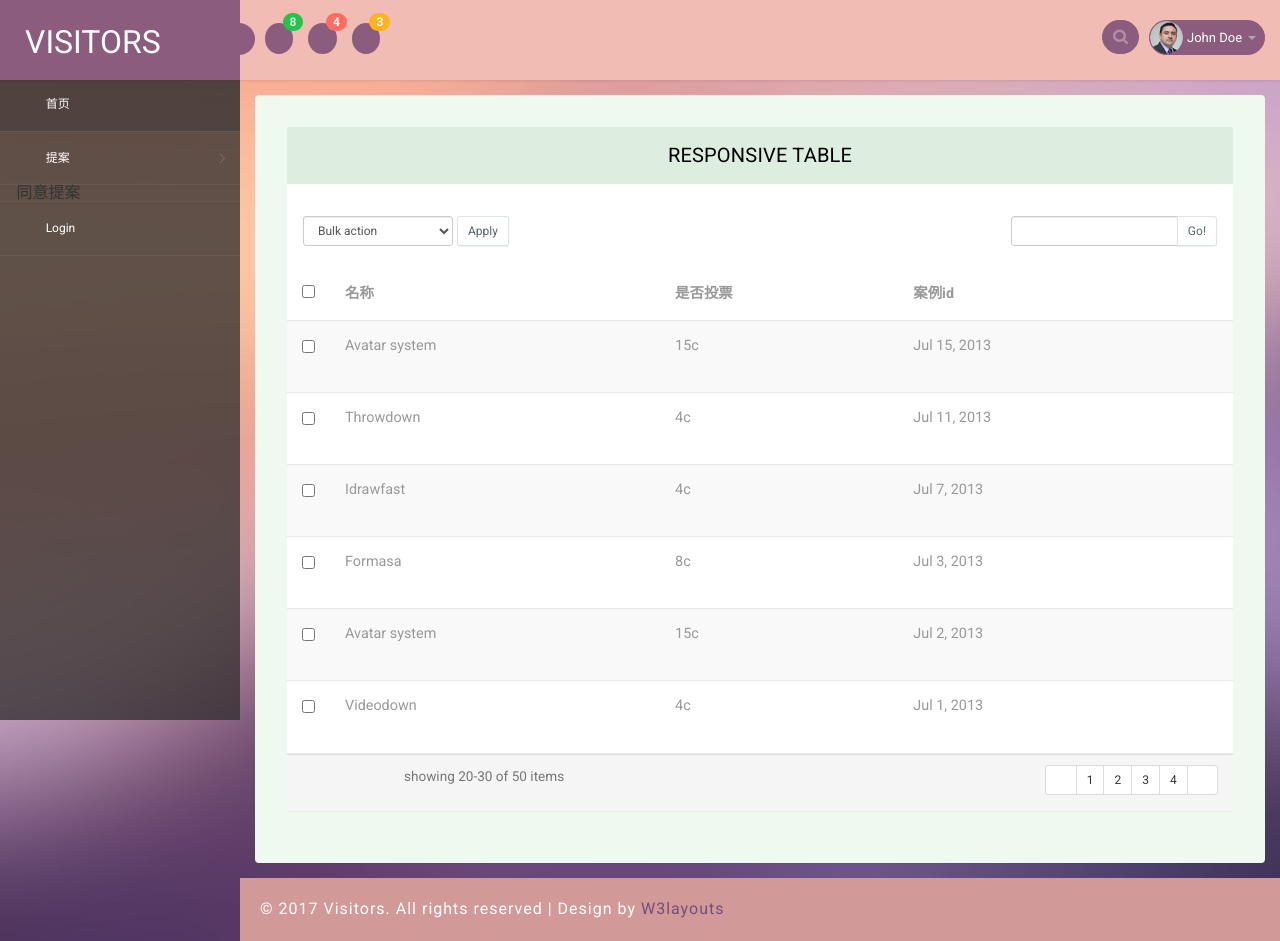
Repository: YU-YUEHAO/Lastwork
Page: DAPP/views/responsive_table.html
An editor plug-in stored every save of this project. The page is shown before and after the next save, followed by the edit.
The browser window is 1280 px wide. The pictures show the whole page.
Some web fonts or font styles are not loaded; a fallback is used.

Above is the page before, as saved 2021-12-01 15:48:11.

### DAPP/views/responsive_table.html
<!--A Design by W3layouts
Author: W3layout
Author URL: http://w3layouts.com
License: Creative Commons Attribution 3.0 Unported
License URL: http://creativecommons.org/licenses/by/3.0/
-->
<!DOCTYPE html>
<head>
<title>Visitors an Admin Panel Category Bootstrap Responsive Website Template | Basic_table :: w3layouts</title>
<meta name="viewport" content="width=device-width, initial-scale=1">
<meta http-equiv="Content-Type" content="text/html; charset=utf-8" />
<meta name="keywords" content="Visitors Responsive web template, Bootstrap Web Templates, Flat Web Templates, Android Compatible web template,
Smartphone Compatible web template, free webdesigns for Nokia, Samsung, LG, SonyEricsson, Motorola web design" />
<script type="application/x-javascript"> addEventListener("load", function() { setTimeout(hideURLbar, 0); }, false); function hideURLbar(){ window.scrollTo(0,1); } </script>
<!-- bootstrap-css -->
<link rel="stylesheet" href="css/bootstrap.min.css" >
<!-- //bootstrap-css -->
<!-- Custom CSS -->
<link href="css/style.css" rel='stylesheet' type='text/css' />
<link href="css/style-responsive.css" rel="stylesheet"/>
<!-- font CSS -->
<link href='//fonts.googleapis.com/css?family=Roboto:400,100,100italic,300,300italic,400italic,500,500italic,700,700italic,900,900italic' rel='stylesheet' type='text/css'>
<!-- font-awesome icons -->
<link rel="stylesheet" href="css/font.css" type="text/css"/>
<link href="css/font-awesome.css" rel="stylesheet">
<!-- //font-awesome icons -->
<script src="js/jquery2.0.3.min.js"></script>
</head>
<body>
<section id="container">
<!--header start-->
<header class="header fixed-top clearfix">
<!--logo start-->
<div class="brand">

    <a href="index.html" class="logo">
        VISITORS
    </a>
    <div class="sidebar-toggle-box">
        <div class="fa fa-bars"></div>
    </div>
</div>
<!--logo end-->

<div class="nav notify-row" id="top_menu">
    <!--  notification start -->
    <ul class="nav top-menu">
        <!-- settings start -->
        <li class="dropdown">
            <a data-toggle="dropdown" class="dropdown-toggle" href="#">
                <i class="fa fa-tasks"></i>
                <span class="badge bg-success">8</span>
            </a>
            <ul class="dropdown-menu extended tasks-bar">
                <li>
                    <p class="">You have 8 pending tasks</p>
                </li>
                <li>
                    <a href="#">
                        <div class="task-info clearfix">
                            <div class="desc pull-left">
                                <h5>Target Sell</h5>
                                <p>25% , Deadline  12 June’13</p>
                            </div>
                                    <span class="notification-pie-chart pull-right" data-percent="45">
                            <span class="percent"></span>
                            </span>
                        </div>
                    </a>
                </li>
                <li>
                    <a href="#">
                        <div class="task-info clearfix">
                            <div class="desc pull-left">
                                <h5>Product Delivery</h5>
                                <p>45% , Deadline  12 June’13</p>
                            </div>
                                    <span class="notification-pie-chart pull-right" data-percent="78">
                            <span class="percent"></span>
                            </span>
                        </div>
                    </a>
                </li>
                <li>
                    <a href="#">
                        <div class="task-info clearfix">
                            <div class="desc pull-left">
                                <h5>Payment collection</h5>
                                <p>87% , Deadline  12 June’13</p>
                            </div>
                                    <span class="notification-pie-chart pull-right" data-percent="60">
                            <span class="percent"></span>
                            </span>
                        </div>
                    </a>
                </li>
                <li>
                    <a href="#">
                        <div class="task-info clearfix">
                            <div class="desc pull-left">
                                <h5>Target Sell</h5>
                                <p>33% , Deadline  12 June’13</p>
                            </div>
                                    <span class="notification-pie-chart pull-right" data-percent="90">
                            <span class="percent"></span>
                            </span>
                        </div>
                    </a>
                </li>

                <li class="external">
                    <a href="#">See All Tasks</a>
                </li>
            </ul>
        </li>
        <!-- settings end -->
        <!-- inbox dropdown start-->
        <li id="header_inbox_bar" class="dropdown">
            <a data-toggle="dropdown" class="dropdown-toggle" href="#">
                <i class="fa fa-envelope-o"></i>
                <span class="badge bg-important">4</span>
            </a>
            <ul class="dropdown-menu extended inbox">
                <li>
                    <p class="red">You have 4 Mails</p>
                </li>
                <li>
                    <a href="#">
                        <span class="photo"><img alt="avatar" src="images/3.png"></span>
                                <span class="subject">
                                <span class="from">Jonathan Smith</span>
                                <span class="time">Just now</span>
                                </span>
                                <span class="message">
                                    Hello, this is an example msg.
                                </span>
                    </a>
                </li>
                <li>
                    <a href="#">
                        <span class="photo"><img alt="avatar" src="images/1.png"></span>
                                <span class="subject">
                                <span class="from">Jane Doe</span>
                                <span class="time">2 min ago</span>
                                </span>
                                <span class="message">
                                    Nice admin template
                                </span>
                    </a>
                </li>
                <li>
                    <a href="#">
                        <span class="photo"><img alt="avatar" src="images/3.png"></span>
                                <span class="subject">
                                <span class="from">Tasi sam</span>
                                <span class="time">2 days ago</span>
                                </span>
                                <span class="message">
                                    This is an example msg.
                                </span>
                    </a>
                </li>
                <li>
                    <a href="#">
                        <span class="photo"><img alt="avatar" src="images/2.png"></span>
                                <span class="subject">
                                <span class="from">Mr. Perfect</span>
                                <span class="time">2 hour ago</span>
                                </span>
                                <span class="message">
                                    Hi there, its a test
                                </span>
                    </a>
                </li>
                <li>
                    <a href="#">See all messages</a>
                </li>
            </ul>
        </li>
        <!-- inbox dropdown end -->
        <!-- notification dropdown start-->
        <li id="header_notification_bar" class="dropdown">
            <a data-toggle="dropdown" class="dropdown-toggle" href="#">

                <i class="fa fa-bell-o"></i>
                <span class="badge bg-warning">3</span>
            </a>
            <ul class="dropdown-menu extended notification">
                <li>
                    <p>Notifications</p>
                </li>
                <li>
                    <div class="alert alert-info clearfix">
                        <span class="alert-icon"><i class="fa fa-bolt"></i></span>
                        <div class="noti-info">
                            <a href="#"> Server #1 overloaded.</a>
                        </div>
                    </div>
                </li>
                <li>
                    <div class="alert alert-danger clearfix">
                        <span class="alert-icon"><i class="fa fa-bolt"></i></span>
                        <div class="noti-info">
                            <a href="#"> Server #2 overloaded.</a>
                        </div>
                    </div>
                </li>
                <li>
                    <div class="alert alert-success clearfix">
                        <span class="alert-icon"><i class="fa fa-bolt"></i></span>
                        <div class="noti-info">
                            <a href="#"> Server #3 overloaded.</a>
                        </div>
                    </div>
                </li>

            </ul>
        </li>
        <!-- notification dropdown end -->
    </ul>
    <!--  notification end -->
</div>
<div class="top-nav clearfix">
    <!--search & user info start-->
    <ul class="nav pull-right top-menu">
        <li>
            <input type="text" class="form-control search" placeholder=" Search">
        </li>
        <!-- user login dropdown start-->
        <li class="dropdown">
            <a data-toggle="dropdown" class="dropdown-toggle" href="#">
                <img alt="" src="images/2.png">
                <span class="username">John Doe</span>
                <b class="caret"></b>
            </a>
            <ul class="dropdown-menu extended logout">
                <li><a href="#"><i class=" fa fa-suitcase"></i>Profile</a></li>
                <li><a href="#"><i class="fa fa-cog"></i> Settings</a></li>
                <li><a href="login.html"><i class="fa fa-key"></i> Log Out</a></li>
            </ul>
        </li>
        <!-- user login dropdown end -->

    </ul>
    <!--search & user info end-->
</div>
</header>
<!--header end-->
<!--sidebar start-->
<aside>
    <div id="sidebar" class="nav-collapse">
        <!-- sidebar menu start-->
        <div class="leftside-navigation">
            <ul class="sidebar-menu" id="nav-accordion">
                <li>
                    <a class="active" href="http://localhost:3000/index2">
                        <i class="fa fa-dashboard"></i>
                        <span>首页</span>
                    </a>
                </li>

                <li class="sub-menu">
                    <a href="javascript:;">
                        <i class="fa fa-th"></i>
                        <span>提案</span>
                    </a>
                    <ul class="sub">
                        <li><a href="http://localhost:3000/basic_table">发起提案</a></li>
                        <li><a href="http://localhost:3000/responsive_table">查看提案</a></li>
                    </ul>
                </li>
                <li class="sub-menu">

                        <i class="fa fa-tasks"></i>
                        <span>同意提案</span>

                    <ul class="sub">

                        <li><a href="form_validation.html">操作</a></li>

                    </ul>
                </li>
                <li>
                    <a href="login.html">
                        <i class="fa fa-user"></i>
                        <span>Login</span>
                    </a>
                </li>
            </ul>            </div>
        <!-- sidebar menu end-->
    </div>
</aside>
<!--sidebar end-->
<!--main content start-->
<section id="main-content">
	<section class="wrapper">
		<div class="table-agile-info">
  <div class="panel panel-default">
    <div class="panel-heading">
      Responsive Table
    </div>
    <div class="row w3-res-tb">
      <div class="col-sm-5 m-b-xs">
        <select class="input-sm form-control w-sm inline v-middle">
          <option value="0">Bulk action</option>
          <option value="1">Delete selected</option>
          <option value="2">Bulk edit</option>
          <option value="3">Export</option>
        </select>
        <button class="btn btn-sm btn-default">Apply</button>
      </div>
      <div class="col-sm-4">
      </div>
      <div class="col-sm-3">
        <div class="input-group">
          <input type="text" class="input-sm form-control" placeholder="Search">
          <span class="input-group-btn">
            <button class="btn btn-sm btn-default" type="button">Go!</button>
          </span>
        </div>
      </div>
    </div>
    <div class="table-responsive">
      <table class="table table-striped b-t b-light">
        <thead>
          <tr>
            <th style="width:20px;">
              <label class="i-checks m-b-none">
                <input type="checkbox"><i></i>
              </label>
            </th>
            <th>名称</th>
            <th>是否投票</th>
            <th>案例id</th>
            <th style="width:30px;"></th>
          </tr>
        </thead>
        <tbody>


          <tr>
            <td><label class="i-checks m-b-none"><input type="checkbox" name="post[]"><i></i></label></td>
            <td>Avatar system</td>
            <td>15c</td>
            <td>Jul 15, 2013</td>
            <td>
              <a href="" class="active" ui-toggle-class=""><i class="fa fa-check text-success text-active"></i><i class="fa fa-times text-danger text"></i></a>
            </td>
          </tr>
          <tr>
            <td><label class="i-checks m-b-none"><input type="checkbox" name="post[]"><i></i></label></td>
            <td>Throwdown</td>
            <td>4c</td>
            <td>Jul 11, 2013</td>
            <td>
              <a href="" class="active" ui-toggle-class=""><i class="fa fa-check text-success text-active"></i><i class="fa fa-times text-danger text"></i></a>
            </td>
          </tr>
          <tr>
            <td><label class="i-checks m-b-none"><input type="checkbox" name="post[]"><i></i></label></td>
            <td>Idrawfast</td>
            <td>4c</td>
            <td>Jul 7, 2013</td>
            <td>
              <a href="" class="active" ui-toggle-class=""><i class="fa fa-check text-success text-active"></i><i class="fa fa-times text-danger text"></i></a>
            </td>
          </tr>
          <tr>
            <td><label class="i-checks m-b-none"><input type="checkbox" name="post[]"><i></i></label></td>
            <td>Formasa</td>
            <td>8c</td>
            <td>Jul 3, 2013</td>
            <td>
              <a href="" class="active" ui-toggle-class=""><i class="fa fa-check text-success text-active"></i><i class="fa fa-times text-danger text"></i></a>
            </td>
          </tr>
          <tr>
            <td><label class="i-checks m-b-none"><input type="checkbox" name="post[]"><i></i></label></td>
            <td>Avatar system</td>
            <td>15c</td>
            <td>Jul 2, 2013</td>
            <td>
              <a href="" class="active" ui-toggle-class=""><i class="fa fa-check text-success text-active"></i><i class="fa fa-times text-danger text"></i></a>
            </td>
          </tr>
          <tr>
            <td><label class="i-checks m-b-none"><input type="checkbox" name="post[]"><i></i></label></td>
            <td>Videodown</td>
            <td>4c</td>
            <td>Jul 1, 2013</td>
            <td>
              <a href="" class="active" ui-toggle-class=""><i class="fa fa-check text-success text-active"></i><i class="fa fa-times text-danger text"></i></a>
            </td>
          </tr>
        </tbody>
      </table>
    </div>
    <footer class="panel-footer">
      <div class="row">

        <div class="col-sm-5 text-center">
          <small class="text-muted inline m-t-sm m-b-sm">showing 20-30 of 50 items</small>
        </div>
        <div class="col-sm-7 text-right text-center-xs">
          <ul class="pagination pagination-sm m-t-none m-b-none">
            <li><a href=""><i class="fa fa-chevron-left"></i></a></li>
            <li><a href="">1</a></li>
            <li><a href="">2</a></li>
            <li><a href="">3</a></li>
            <li><a href="">4</a></li>
            <li><a href=""><i class="fa fa-chevron-right"></i></a></li>
          </ul>
        </div>
      </div>
    </footer>
  </div>
</div>
</section>
 <!-- footer -->
		  <div class="footer">
			<div class="wthree-copyright">
			  <p>© 2017 Visitors. All rights reserved | Design by <a href="http://w3layouts.com">W3layouts</a></p>
			</div>
		  </div>
  <!-- / footer -->
</section>

<!--main content end-->
</section>
<script src="js/bootstrap.js"></script>
<script src="js/jquery.dcjqaccordion.2.7.js"></script>
<script src="js/scripts.js"></script>
<script src="js/jquery.slimscroll.js"></script>
<script src="js/jquery.nicescroll.js"></script>
<!--[if lte IE 8]><script language="javascript" type="text/javascript" src="js/flot-chart/excanvas.min.js"></script><![endif]-->
<script src="js/jquery.scrollTo.js"></script>
</body>
</html>

Loaded but not shown: DAPP/public/css/bootstrap.min.css (library); DAPP/public/css/font.css (library); DAPP/public/css/font-awesome.css (library); DAPP/public/javascripts/jquery2.0.3.min.js (library); DAPP/public/javascripts/bootstrap.js (library); DAPP/public/javascripts/jquery.dcjqaccordion.2.7.js (library); DAPP/public/javascripts/jquery.slimscroll.js (library); DAPP/public/javascripts/jquery.nicescroll.js (library); DAPP/public/javascripts/jquery.scrollTo.js (library); DAPP/public/javascripts/scripts.js (290 lines, source omitted); DAPP/public/css/style.css (3146 lines, source omitted); DAPP/public/css/style-responsive.css (331 lines, source omitted)

After the next save:
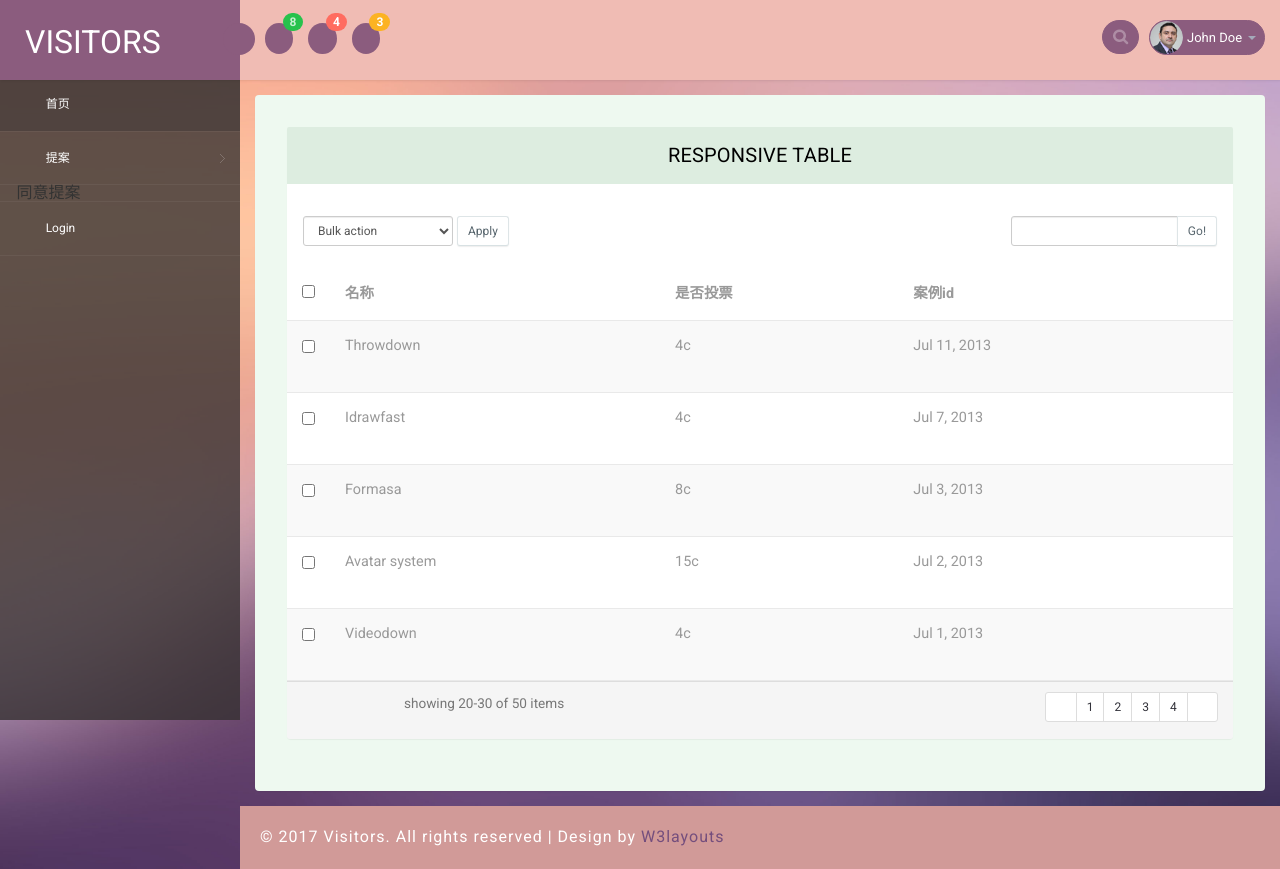
Saved 7 s later.
--- a/DAPP/views/responsive_table.html
+++ b/DAPP/views/responsive_table.html
@@ -336,17 +336,6 @@ Smartphone Compatible web template, free webdesigns for Nokia, Samsung, LG, Sony
           </tr>
         </thead>
         <tbody>
-
-
-          <tr>
-            <td><label class="i-checks m-b-none"><input type="checkbox" name="post[]"><i></i></label></td>
-            <td>Avatar system</td>
-            <td>15c</td>
-            <td>Jul 15, 2013</td>
-            <td>
-              <a href="" class="active" ui-toggle-class=""><i class="fa fa-check text-success text-active"></i><i class="fa fa-times text-danger text"></i></a>
-            </td>
-          </tr>
           <tr>
             <td><label class="i-checks m-b-none"><input type="checkbox" name="post[]"><i></i></label></td>
             <td>Throwdown</td>
